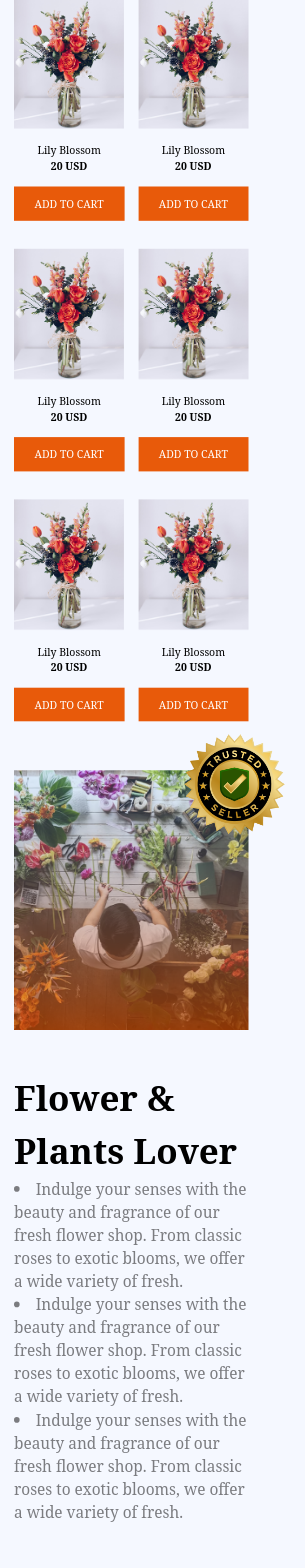
Repository: nahid-hasann/website-7
Page: index.html
These files come from the project's save history. The page is drawn as it stood at one moment and after the next save; the edit follows.
The browser window is 375 px wide. The page is 435 px wide, then 375 px, so the pictures cover 435 px, including what lies to the right of the window. The pictures show the part of the page from y = 1238 to 3478 px (the page is 3485 px tall), at 70% of full size.
Some web libraries are served in a nearby version.

Above is the page before, as saved 2025-07-24 13:13:51.

### index.html
<!DOCTYPE html>
<html lang="en">
<head>
    <meta charset="UTF-8">
    <meta name="viewport" content="width=device-width, initial-scale=1.0">
     <script src="https://cdn.jsdelivr.net/npm/@tailwindcss/browser@4"></script>
    <title> website-7 </title>
    <link rel="stylesheet" href="style.css">
    <link rel="stylesheet" href="https://cdnjs.cloudflare.com/ajax/libs/font-awesome/7.0.0/css/all.min.css" integrity="sha512-DxV+EoADOkOygM4IR9yXP8Sb2qwgidEmeqAEmDKIOfPRQZOWbXCzLC6vjbZyy0vPisbH2SyW27+ddLVCN+OMzQ==" crossorigin="anonymous" referrerpolicy="no-referrer" />
   <link rel="preconnect" href="https://fonts.googleapis.com">
<link rel="preconnect" href="https://fonts.gstatic.com" crossorigin>
<link href="https://fonts.googleapis.com/css2?family=Noto+Serif:ital,wght@0,100..900;1,100..900&display=swap" rel="stylesheet">
</head>
<body class="noto-serif-nahid">


    <header>
        <nav>
            <div class="nav-logo">
                <img src="assets/logo.png" alt="">
            </div>
            <div class="nav-menu">
                <ul>
                    <li class="ul-li" style="color: black; font-weight: bold;">Home</li>
                    <li class="ul-li" >Shop</li>
                    <li class="ul-li" >About us</li>
                    <li class="last-li" style="color: black;"><i class="fa-solid fa-cart-shopping"></i>Cart ($56)</li>
                </ul>
            </div>
        </nav>
    </header>

    <main>

        <section class="banner">
            <div class="banner-section">
                <div class="banner-description">
                    <h1>ALWAYS <span style="color: #e85a0a;">FRESH <br> FLOWERS</span></h1>
                    <p>Indulge your senses with the beauty and fragrance of our fresh flower shop. From classic roses to exotic blooms, we offer a wide variety of fresh flowers that are perfect for any occasion.  </p>
                </div>
                <div class="banner-img">
                    <img src="assets/hero-flower.png" alt="">
                </div>
            </div>
        </section>

        <section class="plants-section">
             <h1> <span style="color: #e85a0a;">Our</span> Plants</h1>
             <p>Indulge your senses with the beauty and fragrance of our fresh flower shop. From classic roses to exotic blooms, we offer a wide variety of fresh.</p>
             <div class="plants-card">
                <div class="card">
                    <img src="assets/sample-flower-image.png" alt="">
                    <h4>Lily Blossom</h4>
                    <h2>20 USD</h2>
                    <button class="btn">ADD TO CART</button>
                </div>
                 <div class="card">
                    <img src="assets/sample-flower-image.png" alt="">
                    <h4>Lily Blossom</h4>
                    <h2>20 USD</h2>
                    <button class="btn">ADD TO CART</button>
                </div>
                 <div class="card">
                    <img src="assets/sample-flower-image.png" alt="">
                    <h4>Lily Blossom</h4>
                    <h2>20 USD</h2>
                    <button class="btn">ADD TO CART</button>
                </div>
                 <div class="card">
                    <img src="assets/sample-flower-image.png" alt="">
                    <h4>Lily Blossom</h4>
                    <h2>20 USD</h2>
                    <button class="btn">ADD TO CART</button>
                </div>
                 <div class="card">
                    <img src="assets/sample-flower-image.png" alt="">
                    <h4>Lily Blossom</h4>
                    <h2>20 USD</h2>
                    <button class="btn">ADD TO CART</button>
                </div>
                 <div class="card">
                    <img src="assets/sample-flower-image.png" alt="">
                    <h4>Lily Blossom</h4>
                    <h2>20 USD</h2>
                    <button class="btn">ADD TO CART</button>
                </div>
                 <div class="card">
                    <img src="assets/sample-flower-image.png" alt="">
                    <h4>Lily Blossom</h4>
                    <h2>20 USD</h2>
                    <button class="btn">ADD TO CART</button>
                </div>
                 <div class="card">
                    <img src="assets/sample-flower-image.png" alt="">
                    <h4>Lily Blossom</h4>
                    <h2>20 USD</h2>
                    <button class="btn">ADD TO CART</button>
                </div>
             </div>
        </section>

        <section class="plants-lover-section">
            <div class="plants-lover-div">
                <div class="plants-lover-img">
                <img src="assets/flower-store.png" alt="">
                <div class="badge">
                    <img class="badge-img" src="assets/trusted-badge.png" alt="">
                </div>
            </div>
            <div class="plants-lover-content">
                <h1>Flower & Plants Lover</h1>
                <or>
                    <li>Indulge your senses with the beauty and fragrance of our fresh flower shop. From classic roses to exotic blooms, we offer a wide variety of fresh.</li>
                    <li>Indulge your senses with the beauty and fragrance of our fresh flower shop. From classic roses to exotic blooms, we offer a wide variety of fresh.</li>
                    <li>Indulge your senses with the beauty and fragrance of our fresh flower shop. From classic roses to exotic blooms, we offer a wide variety of fresh.</li>
                </or>
            </div>
            </div>
        </section>

    </main>




</body>
</html>

### style.css


*{
    margin: 0;
    padding: 0;
    box-sizing: border-box;
}


.noto-serif-nahid {
  font-family: "Noto Serif", serif;
  font-optical-sizing: auto;
  font-style: normal;
  font-variation-settings:
    "wdth" 100;
}

body{
    background-color: #f5f8ff;
}



/* header suru  */

header{
   margin: 20px auto;
   max-width: 1140px;
}

nav{
    display: flex;
    justify-content: space-between;
    align-items: center;
}

.nav-logo img{
    width: 100%;
}

.nav-menu ul{
     display: flex;
     gap: 30px;
     align-items: center;
     justify-content: center;
     margin: auto 0;
}

.nav-menu ul li{
    color: rgba(137, 135, 161, 1);
    font-weight: 400;
}


/* header sesh  */

/* banner-section  */

.banner{
    margin: 230px auto 130px auto;
    max-width: 1140px;

}

.banner-section{
     display: flex;
     align-items: end;
     justify-content: center;
}

.banner-description h1{
    font-size: 65px;
    font-weight: 800;

}

.banner-description p{
    font-size: 22px;
    color: #7b7c80;
}

.banner-img img{
    max-width: 570px;
}

/* banner-section  */

/* plants-section suru */

.plants-section{
    width: 1140px;
    margin: 130px auto;
}

.plants-section h1{
    text-align: center;
    font-size: 50px;
    margin-bottom: 14px;
    font-weight: 700;
}

.plants-card{
    display: grid;
    grid-template-columns: 1fr 1fr 1fr 1fr;
    gap: 30px;
    row-gap: 60px;
    margin-top: 60px;
}

.plants-section p{
    font-size: 22px;
    color: #7b7c80;
    text-align: center;
}

.card {
    display: flex;
    flex-direction: column;
    align-items: center;
    justify-content: center;
}

.card h4{
    font-size: 22px;
    font-weight: 300;
    margin-top: 18px;
}

.card h2{
    font-size: 22px;
    font-weight: 700;
    margin-bottom: 18px;
}

.btn{
    background-color: #e85a0a;
    width: 100%;
    padding: 13px 0;
    color: white;
}

/* plants-section sesh  */

/* plants-lover-section suru  */

.plants-lover-section{
    width: 1140px;
    margin: 180px auto 130px auto;
}



.plants-lover-div{
     display: grid;
     grid-template-columns: 1fr 1fr;
    align-items: center;
    justify-content: center;
    gap: 60px;
}

.plants-lover-img{
    position: relative;
}

.badge-img{
    position: absolute;
    top: -80px;
    right: -80px;
    width: 200px;
    z-index: 999;
}



.plants-lover-content h1{
     font-size: 50px;
     font-weight: 700;
}

.plants-lover-content or li{
    font-size: 22px;
    color: #7b7c80;
}

/* plants-lover-section sesh  */


/* media screen  */

@media screen and (max-width:575px) {
    header{
        width: 100%;
    }

nav{
    margin:0 30px;

}

.nav-logo img{
    width: 63px;
}
    .ul-li{
        display: none;
    }

    .banner{
        max-width: 575px;
        margin-top: 70px ;
        margin-bottom: 70px;
    }

    .banner-section{
        flex-direction: column-reverse;

    }

    .banner-description{
        margin-left: 30px;
    }

    .banner-description h1{
    font-size: 24px;
}

.banner-description p{
    font-size: 14px;
}

.banner-img img{
    max-width: 400px;
    margin-bottom: 80px;
}

.plants-section{
    width: 100% ;
    padding: 0 20px ;
    margin: 70px 0;

}

.plants-card{
    display: grid;
    grid-template-columns: 1fr 1fr;
    gap: 20px;
    row-gap: 40px;
}

.plants-section h1{
    font-size: 24px;
}
.plants-section p{
    font-size: 14px;
}

.card h4{
    font-size: 15px;
}

.card h2{
    font-size: 15px;
}

.btn{
    font-size: 15px;
}

.plants-lover-section{
    width: 100%;
    margin: 70px 0;
    padding: 0 20px;
}

.plants-lover-div{
    grid-template-columns: 1fr;
}

.badge-img

}

After the next save:
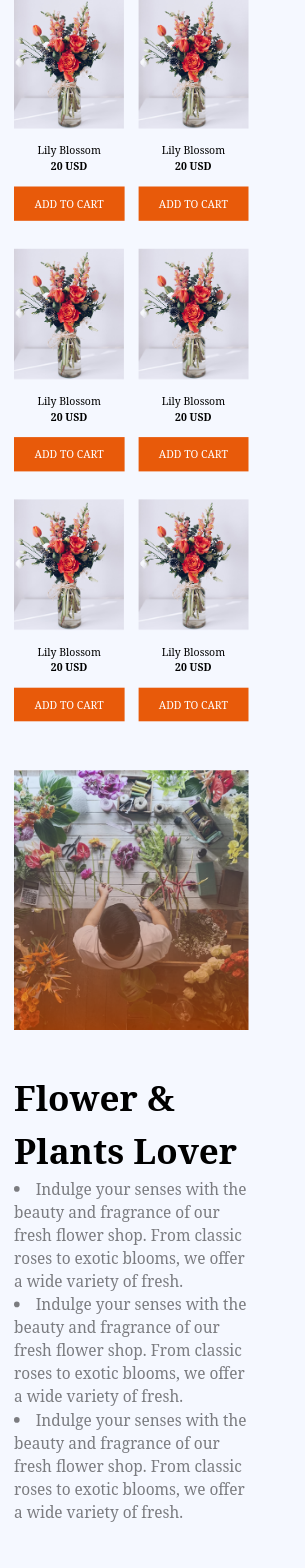
Saved 5 s later.
--- a/style.css
+++ b/style.css
@@ -275,6 +275,8 @@ nav{
     grid-template-columns: 1fr;
 }
 
-.badge-img
-
-}
+.badge-img{
+    display: none;
+}
+
+}
